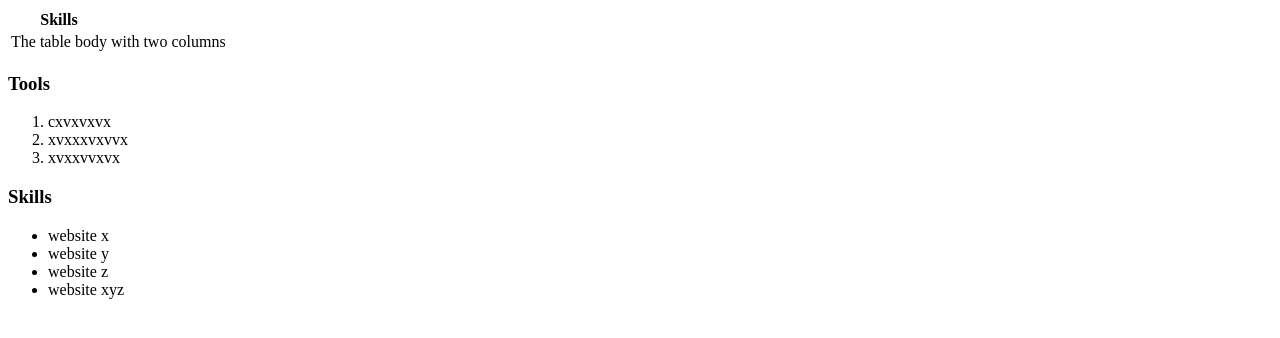
Repository: ew-code/Web-Development
Page: HTML - Personal Site/abilities.html
The author's editor kept a copy of each file at every save. The page is drawn from the files as they stood at one save, then again after the next save.
The browser window is 1280 px wide. The pictures show the whole page.

Above is the page before, as saved 2021-01-03 16:22:08.

### HTML - Personal Site/abilities.html
<!DOCTYPE html>
<html lang="en">

<head>
  <meta charset="UTF-8">
  <meta name="viewport" content="width=device-width, initial-scale=1.0">
  <meta http-equiv="X-UA-Compatible" content="ie=edge">
  <title>Abilities</title>
</head>

<body>

<table>
    <thead>
        <tr>
            <th>Skills</th>
        </tr>
    </thead>
    <tbody>
        <tr>
            <td>The table body</td>
            <td>with two columns</td>
        </tr>
    </tbody>
</table>

  <h3>Tools</h3>
  <ol>
    <li>cxvxvxvx</li>
    <li>xvxxxvxvvx</li>
    <li>xvxxvvxvx</li>
  </ol>

  <h3>Skills</h3>
  <ul>
    <li>website x</li>
    <li>website y</li>
    <li>website z</li>
    <li>website xyz</li>
  </ul>

</body>

</html>

After the next save:
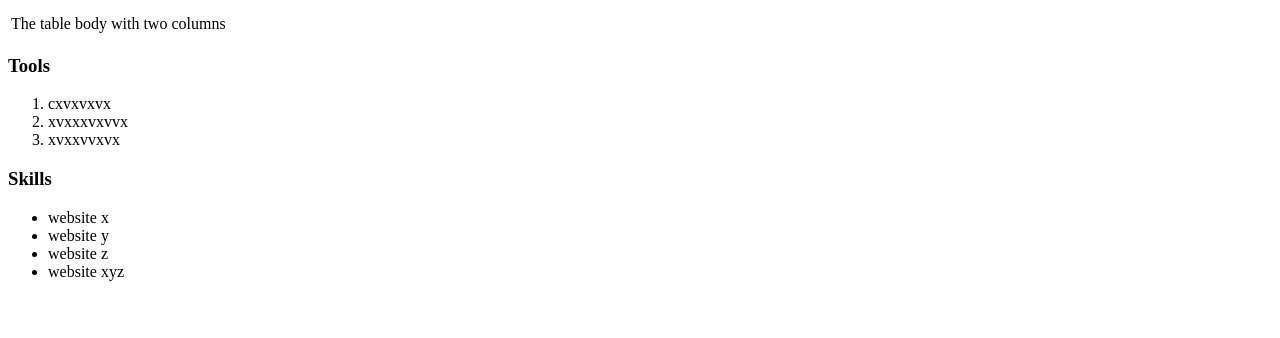
Saved 59 s later.
--- a/HTML - Personal Site/abilities.html
+++ b/HTML - Personal Site/abilities.html
@@ -13,7 +13,7 @@
 <table>
     <thead>
         <tr>
-            <th>Skills</th>
+            <th> <title>Abilities</title></th>
         </tr>
     </thead>
     <tbody>

After the 4 saves that followed:
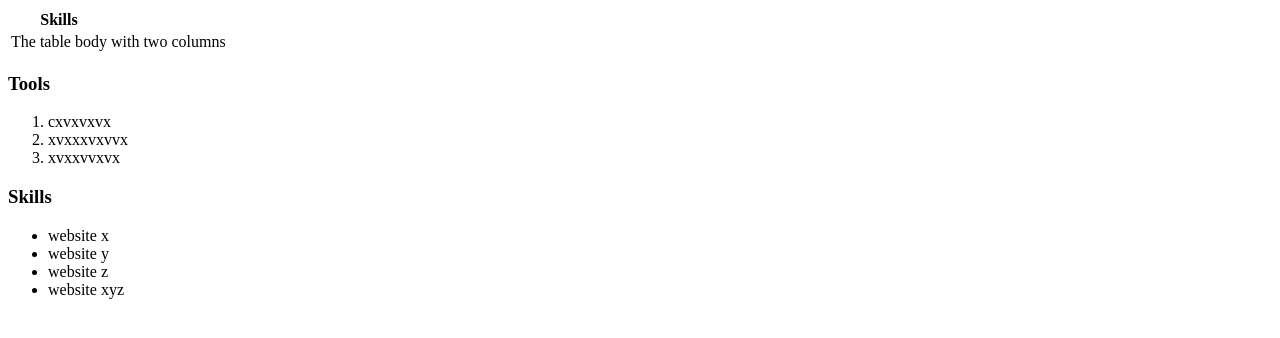
The 4 saves are shown as one change because 2 left the picture as it was and some came seconds apart.
The last was saved 33 s later.
--- a/HTML - Personal Site/abilities.html
+++ b/HTML - Personal Site/abilities.html
@@ -13,7 +13,7 @@
 <table>
     <thead>
         <tr>
-            <th> <title>Abilities</title></th>
+            <th>Skills</th>
         </tr>
     </thead>
     <tbody>
